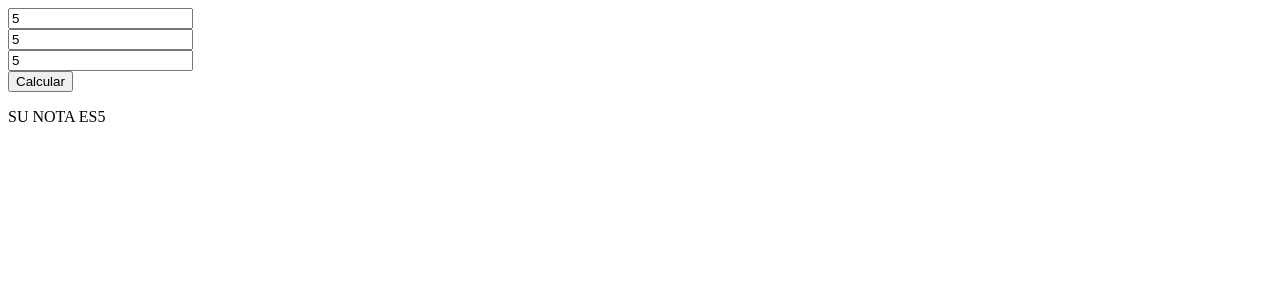
Repository: acch2/proyecto_portafolio_alex
Page: notafinal.html
The author's editor kept a copy of each file at every save. The page is drawn from the files as they stood at one save, then again after the next save.
The browser window is 1280 px wide. The pictures show the whole page.
Empty fields were first filled with sample values (such as "Sample", 5 or name@example.com).
After loading, the first visible `#btnCalcular` was clicked once.

Above is the page before, as saved 2020-05-26 20:52:17.

### notafinal.html
<!DOCTYPE html>
<html lang="en">

<head>
    <meta charset="UTF-8">
    <meta name="viewport" content="width=device-width, initial-scale=1.0">
    <title>Ejercicio4</title>

    <script type="text/javascript">
        window.onload = function() {
            nt = document.getElementById("n1");
            np = document.getElementById("n2");
            ne = document.getElementById("n3");
            boton = document.getElementById("btnCalcular");
            texto = document.getElementById("resp");
            boton.onclick = function() {
                nota = nt.value * 0.3 + np.value * 0.4 + ne.value * 0.3;
                texto.innerHTML = "la nota final es" + nota;
                //menos de 10.5 esta desprobado
                //entre 10.5 y 12.4 vas a recuperaxion
                //12.5 a mas estas aprobado
                if (nota >= 12.5 && nota <= 20) {
                    texto.placeholder = "ESTAS APROBADO";
                    texto.innerHTML = "SU NOTA ES:" + nota;
                } else if (nota >= 10.5) {
                    texto.placeholder = "VAS A RECUPERACION";
                    texto.innerHTML = "SU NOTA ES:" + nota;
                } else {
                    this.placeholder = "DESAPROBADO";
                    texto.innerHTML = "SU NOTA ES" + nota;
                }
            }

        }
    </script>
</head>

<body>
    <input type="number" id="n1" placeholder="Nota Teo"> <br/>
    <input type="number" id="n2" placeholder="Nota Prac"> <br/>
    <input type="number" id="n3" placeholder="Nota ExF"> <br/>
    <button id="btnCalcular">Calcular</button>
    <p id="resp"></p>

</body>

</html>

After the next save:
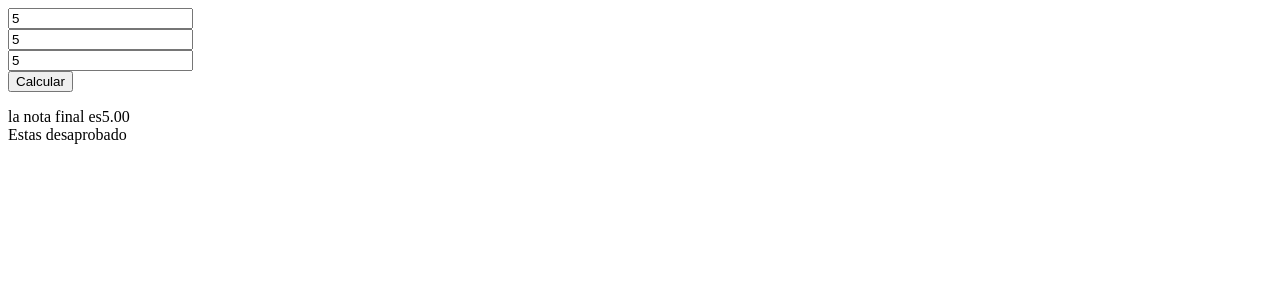
Saved 13 min 14 s later.
--- a/notafinal.html
+++ b/notafinal.html
@@ -15,20 +15,18 @@
             texto = document.getElementById("resp");
             boton.onclick = function() {
                 nota = nt.value * 0.3 + np.value * 0.4 + ne.value * 0.3;
-                texto.innerHTML = "la nota final es" + nota;
-                //menos de 10.5 esta desprobado
-                //entre 10.5 y 12.4 vas a recuperaxion
-                //12.5 a mas estas aprobado
-                if (nota >= 12.5 && nota <= 20) {
-                    texto.placeholder = "ESTAS APROBADO";
-                    texto.innerHTML = "SU NOTA ES:" + nota;
-                } else if (nota >= 10.5) {
-                    texto.placeholder = "VAS A RECUPERACION";
-                    texto.innerHTML = "SU NOTA ES:" + nota;
-                } else {
-                    this.placeholder = "DESAPROBADO";
-                    texto.innerHTML = "SU NOTA ES" + nota;
+                texto.innerHTML = "la nota final es" + nota.toFixed(2);
+
+                if (nota < 10.5) { //menos de 10.5 esta desprobado
+                    texto.innerHTML += "<br/>Estas desaprobado";
+                } else if (nota < 12.5) { //entre 10.5 y 12.4 vas a recuperaxion
+                    texto.innerHTML += "<br/>vas a recuperacion";
+                } else { //12.5 a mas estas aprobado
+                    texto.innerHTML += "<br/>estas aprobado";
                 }
+
+
+
             }
 
         }
